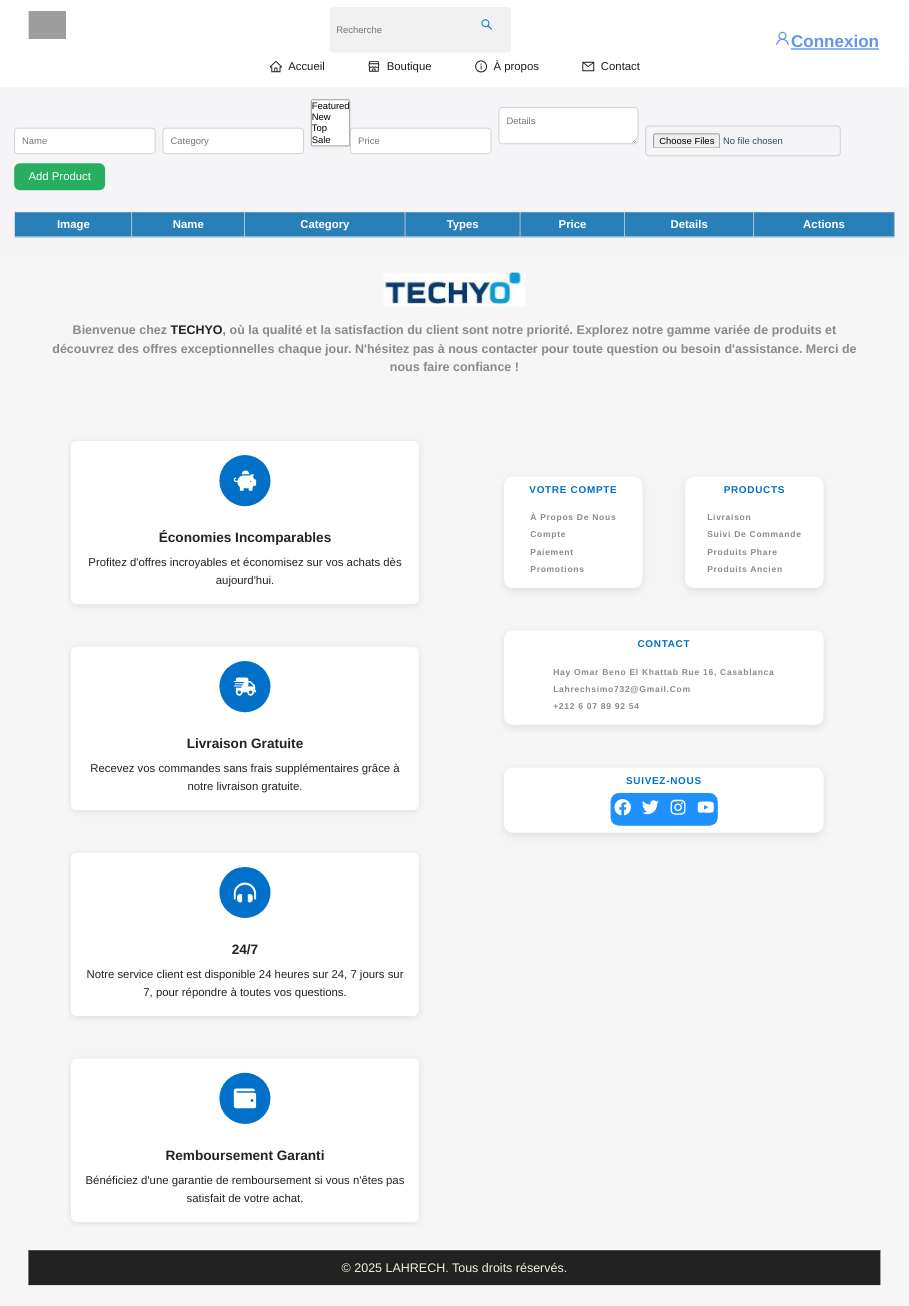
Repository: sebti-cloud/project-modern
Page: /products (app in ecommerce_website/)
These files come from the project's save history. The page is drawn as it stood at one moment and after the next save; the edit follows.
The browser window is 1280 px wide. The pictures show the whole page, at 71% of full size.
The page's requests for data from a server got no answer. The project was rebuilt for these pictures with package versions that can differ from the ones it lists, and the page was loaded fresh each time. No one was signed in, and anything a server would have sent is missing. Also part of the build but not shown: ecommerce_website/src/comp/home.js, ecommerce_website/src/comp/shop.js, ecommerce_website/src/comp/cart.js, ecommerce_website/src/comp/contact.js, ecommerce_website/src/comp/rout.js, ecommerce_website/src/comp/Orders.js, ecommerce_website/src/comp/LikedProducts.js, ecommerce_website/src/comp/Categories.js and 29 more.

Above is the page before, as saved 2025-01-25 16:16:13.

### ecommerce_website/src/comp/nav.css
/* Réinitialisation de base */
* {
  margin: 0;
  padding: 0;
  box-sizing: border-box;
  font-family: 'Helvetica Neue', Arial, sans-serif;
}

/* Barre de Navigation */
.navbar {
  background-color: #fff;
  border-bottom: 1px solid #e0e0e0;
  position: fixed;
  width: 100%;
  top: 0;
  left: 0;
  z-index: 1000;
  box-shadow: 0 2px 10px rgba(0, 0, 0, 0.1);
  margin-bottom: 30px;
}

.navbar-container {
  display: flex;
  justify-content: space-between;
  align-items: center;
  max-width: 1200px;
  margin: 0 auto;
  padding: px 20px;
}

.navbar-logo img {
  height: 40px;
  cursor: pointer;
}

.navbar-search {
  display: flex;
  align-items: center;
  background-color: #f1f1f1;
  padding: 5px;
  border-radius: 5px;
  margin-top: 10px;
}

.navbar-search input {
  border: none;
  background-color: transparent;
  padding: 5px;
  outline: none;
}

.navbar-search button {
  background-color: transparent;
  border: none;
  cursor: pointer;
  font-size: 1.2rem;
  color: #0070c9;
}

.navbar-icons {
  display: flex;
  align-items: center;
  margin-top: 40px;
}

.navbar-icon {
    position: relative;
    margin-right: 2px;
    cursor: pointer;
    font-weight: bold;
    font-size: x-large;
    color:cornflowerblue;
}

.navbar-icon img.profile-photo-nav {
  margin: -5px 10px;
  height: 40px;
  border-radius: 50%;
  object-fit: cover;
  border: 1px solid #ddd;
}

.cart-count {
  position: absolute;
  top: -5px;
  right: -5px;
  background-color: red;
  color: white;
  border-radius: 50%;
  padding: 2px 6px;
  font-size: 0.8rem;
}

.navbar-menu {
  display: flex;
  list-style: none;
  justify-content: center;
  margin-top: 0px;
  margin-bottom: 20px; /* Ajout du margin-bottom pour le menu de la barre de navigation */
}

.navbar-item {
  margin: 0 10px;
}

.navbar-link {
  text-decoration: none;
  color: #1d1d1f;
  font-size: 1rem;
  display: flex;
  align-items: center;
  transition: color 0.3s ease;
  margin-bottom: 10px; /* Ajout du margin-bottom pour les liens de navigation */
}

.navbar-link:hover {
  color: #0070c9;
}

.nav-icon {
  margin-right: 8px;
  font-size: 1.2rem;
}

### ecommerce_website/src/comp/about.css
* {
    margin: 0;
    padding: 0;
    box-sizing: border-box;
    font-family: 'Helvetica Neue', Arial, sans-serif;
}

body {
    background-color: #f5f5f7;
    color: #1d1d1f;
    margin: 0;
    padding: 0;
}

.about-container {
    max-width: 1200px;
    margin: 0 auto;
    padding: 20px;
    background: white;
    border-radius: 12px;
    box-shadow: 0 4px 12px rgba(0, 0, 0, 0.1);
}

h1 {
    font-size: 2.5rem;
    margin-bottom: 20px;
    text-align: center;
    position: relative;
}

h1::after {
    content: '';
    display: block;
    width: 50px;
    height: 4px;
    background-color: #000;
    margin: 20px auto;
}

h2 {
    font-size: 2rem;
    margin-bottom: 15px;
    position: relative;
}

h2::after {
    content: '';
    display: block;
    width: 50px;
    height: 4px;
    background-color: #0070c9;
    margin: 10px 0;
}

p {
    font-size: 1.1rem;
    line-height: 1.6;
    margin-bottom: 0px;
    color: #232323;
    font-weight: 200;
}
.footer .footer-copyright p
{
color: beige;
}

ul {
    list-style: none;
    margin: 0;
    padding: 0;
}

ul li {
    margin-bottom: 10px;
    font-size: 1.1rem;
}

ul li strong {
    color: #0070c9;
}

.about-section {
    margin-bottom: 40px;
}

.cart-icon {
    position: fixed;
    top: 20px;
    right: 20px;
    background-color: white;
    border-radius: 50%;
    padding: 10px;
    box-shadow: 0 2px 10px rgba(0, 0, 0, 0.1);
    display: flex;
    align-items: center;
}

.cart-icon span {
    position: absolute;
    top: -10px;
    right: -10px;
    background-color: red;
    color: white;
    border-radius: 50%;
    padding: 5px;
    font-size: 0.8rem;
}

### ecommerce_website/src/comp/TrackOrder.css
* {
    margin: 0;
    padding: 0;
    box-sizing: border-box;
}

.main {
    width: 100%;
    height: 100vh;
    display: flex;
    justify-content: center;
    align-items: center;
    font-family: 'Poppins', sans-serif;
    flex-direction: column;
}

.main .head {
    text-align: center;
}

.main .head .head_1 {
    font-size: 30px;
    font-weight: 600;
    color: #333;
}

.main .head .head_1 span {
    color: #ff4732;
}

.main .head .head_2 {
    font-size: 16px;
    font-weight: 600;
    color: #333;
    margin-top: 3px;
}

.main ul {
    display: flex;
    margin-top: 80px;
}

.main ul li {
    list-style: none;
    display: flex;
    flex-direction: column;
    align-items: center;
}

.main ul li .icon {
    font-size: 35px;
    color: #ff4732;
    margin: 0 60px;
}

.main ul li .text {
    font-size: 14px;
    font-weight: 600;
    color: #ff4732;
}

/* Progress Div Css */
.main ul li .progress {
    width: 30px;
    height: 30px;
    border-radius: 50%;
    background-color: rgba(68, 68, 68, 0.781);
    margin: 14px 0;
    display: grid;
    place-items: center;
    color: #fff;
    position: relative;
    cursor: pointer;
}

.progress::after {
    content: " ";
    position: absolute;
    width: 125px;
    height: 5px;
    background-color: rgba(68, 68, 68, 0.781);
    right: 30px;
}

.one::after {
    width: 0;
    height: 0;
}

.main ul li .progress .uil {
    display: none;
}

.main ul li .progress p {
    font-size: 13px;
}

/* Active Css */
.main ul li .active {
    background-color: #ff4732;
    display: grid;
    place-items: center;
}

li .active::after {
    background-color: #ff4732;
}

.main ul li .active p {
    display: none;
}

.main ul li .active .uil {
    font-size: 20px;
    display: flex;
}

.tracking-info {
    background-color: #f39c12; /* Couleur de fond warning */
    padding: 20px;
    border-radius: 5px;
    color: rgb(0, 0, 0);
  }

  .tracking-info h4 {
    text-decoration: underline;
    margin-bottom: 10px;
  }

  .tracking-info p {
    font-weight: 500;
    margin-bottom: 5px;
  }

/* Responsive Css */
@media (max-width: 980px) {
    .main ul {
        flex-direction: column;
    }

    .main ul li {
        flex-direction: row;
    }

    .main ul li .progress {
        margin: 0 30px;
    }

    .progress::after {
        width: 5px;
        height: 55px;
        bottom: 30px;
        left: 50%;
        transform: translateX(-50%);
        z-index: -1;
    }

    .one::after {
        height: 0;
    }

    .main ul li .icon {
        margin: 15px 0;
    }
}

@media (max-width: 600px) {
    .head .head_1 {
        font-size: 24px;
    }

    .head .head_2 {
        font-size: 16px;
    }
}

### ecommerce_website/src/comp/cart.css
/* Réinitialisation de base */
* {
    margin: 0;
    padding: 0;
    box-sizing: border-box;
    font-family: 'Helvetica Neue', Arial, sans-serif;
}

body {
    background-color: #f5f5f7;
    color: #1d1d1f;
}

.cart {
    max-width: 1200px;
    margin: 0 auto;
    padding: 20px;
    margin-top: 80px; /* Ajout du margin-top pour créer de l'espacement */
}

.cart h3 {
    font-size: 2rem;
    margin-bottom: 20px;
}

.empty_cart {
    text-align: center;
    padding: 50px 20px;
}

.empty_cart h2 {
    font-size: 1.5rem;
    margin-bottom: 20px;
}

.btn-primary {
    background-color: #0070c9;
    color: white;
    padding: 10px 20px;
    border: none;
    border-radius: 5px;
    cursor: pointer;
    transition: background-color 0.3s ease;
    margin: 3% 30%;
}

.btn-primary:hover {
    background-color: #0056a3;
}

.container {
    display: flex;
    flex-wrap: wrap;
    gap: 20px;
}

.box {
    background: white;
    padding: 20px;
    border-radius: 12px;
    box-shadow: 0 4px 12px rgba(0, 0, 0, 0.1);
    flex: 1 1 300px;
    position: relative;
    transition: transform 0.3s ease, box-shadow 0.3s ease;
}

.box:hover {
    transform: translateY(-5px);
    box-shadow: 0 8px 24px rgba(0, 0, 0, 0.2);
}

.image img {
    width: 100%;
    border-radius: 12px;
    margin-bottom: 20px;
}

.detail .info h4 {
    font-size: 1rem;
    color: #777;
    margin-bottom: 10px;
}

.detail .info h3 {
    font-size: 1.2rem;
    margin-bottom: 10px;
}

.quantity {
    display: flex;
    align-items: center;
    gap: 10px;
    margin-top: 10px;
}

.quantity button {
    background-color: #0070c9;
    color: white;
    border: none;
    padding: 10px;
    border-radius: 5px;
    cursor: pointer;
    transition: background-color 0.3s ease;
}

.quantity button:hover {
    background-color: #0056a3;
}

.quantity input {
    width: 50px;
    text-align: center;
    padding: 5px;
    border: 1px solid #ccc;
    border-radius: 5px;
}

.icon li {
    list-style: none;
    cursor: pointer;
    color: red;
    font-size: 1.5rem;
}

.bottom {
    display: contents;
    justify-content: space-between;
    align-items: center;
    margin-top: 20px;
}

.Total h4 {
    font-size: 1.2rem;
    margin: 0% 22%;
}

.checkout {
    max-width: 600px;
    margin: 40px auto;
    padding: 20px;
    background: white;
    border-radius: 12px;
    box-shadow: 0 4px 12px rgba(0, 0, 0, 0.1);
}

.checkout h3 {
    font-size: 2rem;
    margin-bottom: 20px;
}

.checkout .container {
    display: flex;
    flex-direction: column;
    gap: 10px;
}

.checkout input, .checkout select, .checkout button {
    padding: 10px;
    border: 1px solid #ccc;
    border-radius: 5px;
    margin-top: 10px;
}

.modal {
    position: absolute;
    top: 50%;
    left: 50%;
    transform: translate(-50%, -50%);
    background: white;
    padding: 20px;
    border-radius: 12px;
    box-shadow: 0 4px 12px rgba(0, 0, 0, 0.1);
    text-align: center;
}

.overlay {
    position: fixed;
    top: 0;
    left: 0;
    right: 0;
    bottom: 0;
    background: rgba(0, 0, 0, 0.5);
}

.tracking-number-container {
    display: flex;
    justify-content: center;
    align-items: center;
    gap: 10px;
    margin-top: 10px;
}

.copy-button {
    background-color: #0070c9;
    color: white;
    padding: 10px;
    border: none;
    border-radius: 5px;
    cursor: pointer;
    transition: background-color 0.3s ease;
}

.copy-button:hover {
    background-color: #0056a3;
}

### ecommerce_website/src/comp/UserProfile.css
/* Réinitialisation de base */
* {
  margin: 0;

  padding: 0;
  box-sizing: border-box;
  font-family: 'Helvetica Neue', Arial, sans-serif;
}

body {
  background-color: #f5f5f7;
  color: #1d1d1f;
  margin: 0;
  padding: 0;
}

.profile-container {
  max-width: 800px;
  margin: 0 auto;
  padding: 20px;
  background: white;
  border-radius: 12px;
  box-shadow: 0 4px 12px rgba(0, 0, 0, 0.1);
  text-align: center;
}

.profile-title {
  font-size: 2.5rem;
  margin-bottom: 20px;
  position: relative;
  color: #333;
}

.profile-title::after {
  content: '';
  display: block;
  width: 50px;
  height: 4px;
  background-color: #0070c9;
  margin: 20px auto;
}

.profile-photo {
  width: 150px;
  height: 150px;
  border-radius: 50%;
  object-fit: cover;
  margin-bottom: 20px;
  transition: transform 0.3s ease;
  cursor: pointer;
}

.profile-photo:hover {
  transform: scale(1.1);
}

.profile-placeholder {
  font-size: 1.2rem;
  color: #666;
  margin-bottom: 20px;
}

.modal {
  position: absolute;
  top: 50%;
  left: 50%;
  right: auto;
  bottom: auto;
  transform: translate(-50%, -50%);
  background: white;
  padding: 20px;
  border: 1px solid #ccc;
  box-shadow: 0 4px 8px rgba(0, 0, 0, 0.2);
  border-radius: 8px;
  outline: none;
  z-index: 1050;
}

.overlay {
  position: fixed;
  top: 0;
  left: 0;
  right: 0;
  bottom: 0;
  background-color: rgba(0, 0, 0, 0.75);
  z-index: 1050;
}


.close-button {
  position: absolute;
  top: 10px;
  right: 10px;
  background: transparent;
  color: #f44336;
  border: none;
  font-size: 24px;
  cursor: pointer;
}


.modal-content {
  background-color: #fff;
  padding: 20px;
  border-radius: 12px;
  max-width: 90%;
  width: auto;
  box-shadow: 0 2px 10px rgba(0, 0, 0, 0.2);
  display: flex;
  justify-content: center;
  align-items: center;
  z-index: 1050;
}

.profile-photo-modal {
    width: 100%;
    height: auto;
    display: block;
    margin: 0 auto;
}

button {
  background-color: #0070c9;
  color: white;
  padding: 10px 20px;
  border: none;
  border-radius: 8px;
  cursor: pointer;
  font-size: 1rem;
  transition: background-color 0.3s ease;
  margin-bottom: 10px;
}

button:hover {
  background-color: #0056a3;
}

.cart-icon {
  position: fixed;
  top: 30px;
  right: 20px;
  background-color: #232323;
  border-radius: 50%;
  padding: 10px;
  box-shadow: 0 2px 10px rgba(0, 0, 0, 0.1);
  display: flex;
  align-items: center;
}

.cart-icon span {
  position: absolute;
  top: -10px;
  right: -10px;
  background-color: red;
  color: white;
  border-radius: 50%;
  padding: 5px;
  font-size: 0.8rem;
}

### ecommerce_website/src/comp/home.css
/* Réinitialisation de base */
* {
    margin: 0;
    padding: 0;
    box-sizing: border-box;
    font-family: 'Helvetica Neue', Arial, sans-serif;
}

body {
    background-color: #f5f5f7;
    color: #1d1d1f;
    margin: 0;
    padding: 0;
}

.container {
    max-width: 1200px;
    margin: 0 auto;
    padding: 20px;
}

.header {
    text-align: center;
    margin-bottom: 40px;
}

.header h2 {
    font-size: 2rem;
    position: relative;
    margin-bottom: 10px;
}

.header h2::after {
    content: '';
    display: block;
    width: 50px;
    height: 4px;
    background-color: #000;
    margin: 20px auto;
}

.header .cate {
    display: flex;
    justify-content: center;
    gap: 20px;
}

.header .cate h3 {
    font-size: 1.2rem;
    color: #0070c9;
    cursor: pointer;
    transition: color 0.3s ease;
}

.header .cate h3:hover {
    color: #0056a3;
}

.top_banner {
    background: url('http://localhost:3001/uploads/slide-1.jpg') no-repeat center center;
    background-size: cover;
    height: 400px;
    position: relative;
    display: flex;
    justify-content: center;
    align-items: center;
    color: white;
    text-align: center;
    margin-bottom: 40px;
    margin-top: 0px;
}

.top_banner h2 {
    font-size: 4rem;
    margin-bottom: 20px;
    color: beige;
}

.top_banner p {
    font-size: 1.2rem;
    margin-bottom: 30px;
    color: burlywood;
}

.top_banner .link {
    background-color: #0070c9;
    color: white;
    padding: 10px 20px;
    border-radius: 8px;
    text-decoration: none;
    transition: background-color 0.3s ease;
}

.top_banner .link:hover {
    background-color: #0056a3;
}

.cart-icon {
    position: fixed;
    top: 20px;
    right: 20px;
    background-color: white;
    color: #cd1e70;
    border-radius: 50%;
    padding: 10px;
    box-shadow: 0 2px 10px rgba(0, 0, 0, 0.1);
    display: flex;
    align-items: center;
}

.cart-icon span {
    position: absolute;
    top: -10px;
    right: -10px;
    background-color: red;
    color: white;
    border-radius: 50%;
    padding: 5px;
    font-size: 0.8rem;
}

.products,
.productbox,
.left_box .box {
    display: flex;
    flex-wrap: wrap;
    gap: 40px;
    justify-content: center;
}

.box,
.productbox,
.left_box .box {
    background: white;
    padding: 20px;
    border-radius: 12px;
    box-shadow: 0 4px 12px rgba(0, 0, 0, 0.1);
    transition: transform 0.3s ease, box-shadow 0.3s ease;
    margin: 20px;
    position: relative;
}

.box:hover,
.productbox:hover,
.left_box .box:hover {
    transform: translateY(-5px);
    box-shadow: 0 8px 24px rgba(0, 0, 0, 0.2);
}

.img_box,
.img-box,
.left_box .img_box {
    width: 100%;
    padding-top: 75%;
    position: relative;
    overflow: hidden;
    border-radius: 12px;
}

.img_box img,
.img-box img,
.left_box .img_box img {
    position: absolute;
    top: 0;
    left: 0;
    width: 100%;
    height: 100%;
    object-fit: cover;
    transition: transform 0.3s ease;
}

.img_box:hover img,
.img-box:hover img,
.left_box .img_box:hover img {
    transform: scale(1.1);
}

.icon {
    display: flex;
    justify-content: center;
    gap: 10px;
    margin-top: 10px;
    margin-right: 10px;
}

.icon_box {
    background: rgba(255, 255, 255, 0.8);
    border-radius: 50%;
    padding: 10px;
    cursor: pointer;
    font-size: 1.5rem;
    color: #1d1d1f;
    transition: background-color 0.3s ease, color 0.3s ease;
    display: flex;
    /* Ajout pour aligner horizontalement */
    flex-direction: row;
    /* Alignement horizontal */
    align-items: center;
    /* Centrer verticalement */
}

.icon_box:hover {
    background-color: #0070c9;
    color: white;
}

.newsletter {
    background-color: #fff;
    padding: 20px;
    border-radius: 12px;
    box-shadow: 0 2px 10px rgba(0, 0, 0, 0.1);
    text-align: center;
    margin-top: 40px;
}

.newsletter input[type="email"] {
    width: 100%;
    padding: 10px;
    margin: 10px 0;
    border: 1px solid #ccc;
    border-radius: 8px;
}

.newsletter button {
    background-color: #0070c9;
    color: white;
    padding: 10px 20px;
    border: none;
    border-radius: 8px;
    cursor: pointer;
    transition: background-color 0.3s ease;
}

.newsletter button:hover {
    background-color: #0056a3;
}

.product_detail {
    display: flex;
    flex-direction: column;
    align-items: center;
    justify-content: center;
    position: fixed;
    top: 50%;
    left: 50%;
    transform: translate(-50%, -50%);
    background: #fff;
    padding: 20px;
    border-radius: 10px;
    box-shadow: 0 4px 10px rgba(0, 0, 0, 0.1);
    max-width: 70%;
    max-height: 70%;
    overflow-y: auto;
    z-index: 1000;
}



.detail_container .img_box {
    width: 100%;
    padding-top: 56.25%; /* Ratio 16:9 */
    position: relative;
    border-radius: 12px;
    overflow: hidden;
    margin-bottom: 20px;
}

.detail_container .img_box img {
    position: absolute;
    top: 0;
    left: 0;
    width: 100%;
    height: 100%;
    object-fit: cover;
}

.detail_container .info {
    width: 100%;
}

.close_btn {
    background: none;
    border: none;
    font-size: 2rem;
    color: #000;
    position: absolute;
    top: 20px;
    right: 20px;
    cursor: pointer;
}

.close_btn:hover {
    color: #ff0000;
}


.liked-message {
    background-color: #ffeb3b;
    color: #000;
    padding: 10px 20px;
    position: fixed;
    top: 10px;
    right: 10px;
    border-radius: 5px;
    box-shadow: 0 2px 10px rgba(0, 0, 0, 0.1);
    z-index: 1000;
}

### ecommerce_website/src/comp/contact.css
* {
    margin: 0;
    padding: 0;
    box-sizing: border-box;
    font-family: 'Helvetica Neue', Arial, sans-serif;
}

body {
    background-color: #f5f5f7;
    color: #1d1d1f;
    padding: 0;
}



.contact {
    max-width: 800px;
    margin: 0 auto;
    padding: 20px;
    background: white;
    border-radius: 12px;
    box-shadow: 0 4px 12px rgba(0, 0, 0, 0.1);
}

h2 {
    font-size: 2.5rem;
    margin-bottom: 20px;
    text-align: center;
    position: relative;
}

h2::after {
    content: '';
    display: block;
    width: 50px;
    height: 4px;
    background-color: #000;
    margin: 20px auto;
}

.box {
    display: flex;
    flex-direction: column;
    margin-bottom: 20px;
}

.box .lable h4 {
    font-size: 1.2rem;
    margin-bottom: 10px;
}

.box .input input,
.box .input textarea {
    width: 100%;
    padding: 10px;
    border: 1px solid #ddd;
    border-radius: 8px;
    font-size: 1rem;
}

.box .input textarea {
    resize: vertical;
    height: 150px;
}

button {
    background-color: #0070c9;
    color: white;
    padding: 10px 20px;
    border: none;
    border-radius: 8px;
    cursor: pointer;
    transition: background-color 0.3s ease;
}

button:hover {
    background-color: #0056a3;
}

.cart-icon {
    position: fixed;
    top: 20px;
    right: 20px;
    background-color: white;
    border-radius: 50%;
    padding: 10px;
    box-shadow: 0 2px 10px rgba(0, 0, 0, 0.1);
    display: flex;
    align-items: center;
}

.cart-icon span {
    position: absolute;
    top: -10px;
    right: -10px;
    background-color: red;
    color: white;
    border-radius: 50%;
    padding: 5px;
    font-size: 0.8rem;
}

Loaded but not shown: ecommerce_website/public/index.html (common file); ecommerce_website/src/comp/Products.js (408 lines, source omitted); ecommerce_website/src/App.js (199 lines, source omitted); ecommerce_website/src/comp/footer.js (128 lines, source omitted); ecommerce_website/src/comp/nav.js (108 lines, source omitted); ecommerce_website/src/comp/home_product.js (112 lines, source omitted); ecommerce_website/src/index.js (24 lines, source omitted); ecommerce_website/src/comp/admin.css (582 lines, source omitted); ecommerce_website/src/styles/app.css (421 lines, source omitted); ecommerce_website/src/comp/shop.css (331 lines, source omitted); ecommerce_website/src/comp/footer.css (216 lines, source omitted)

After the next save:
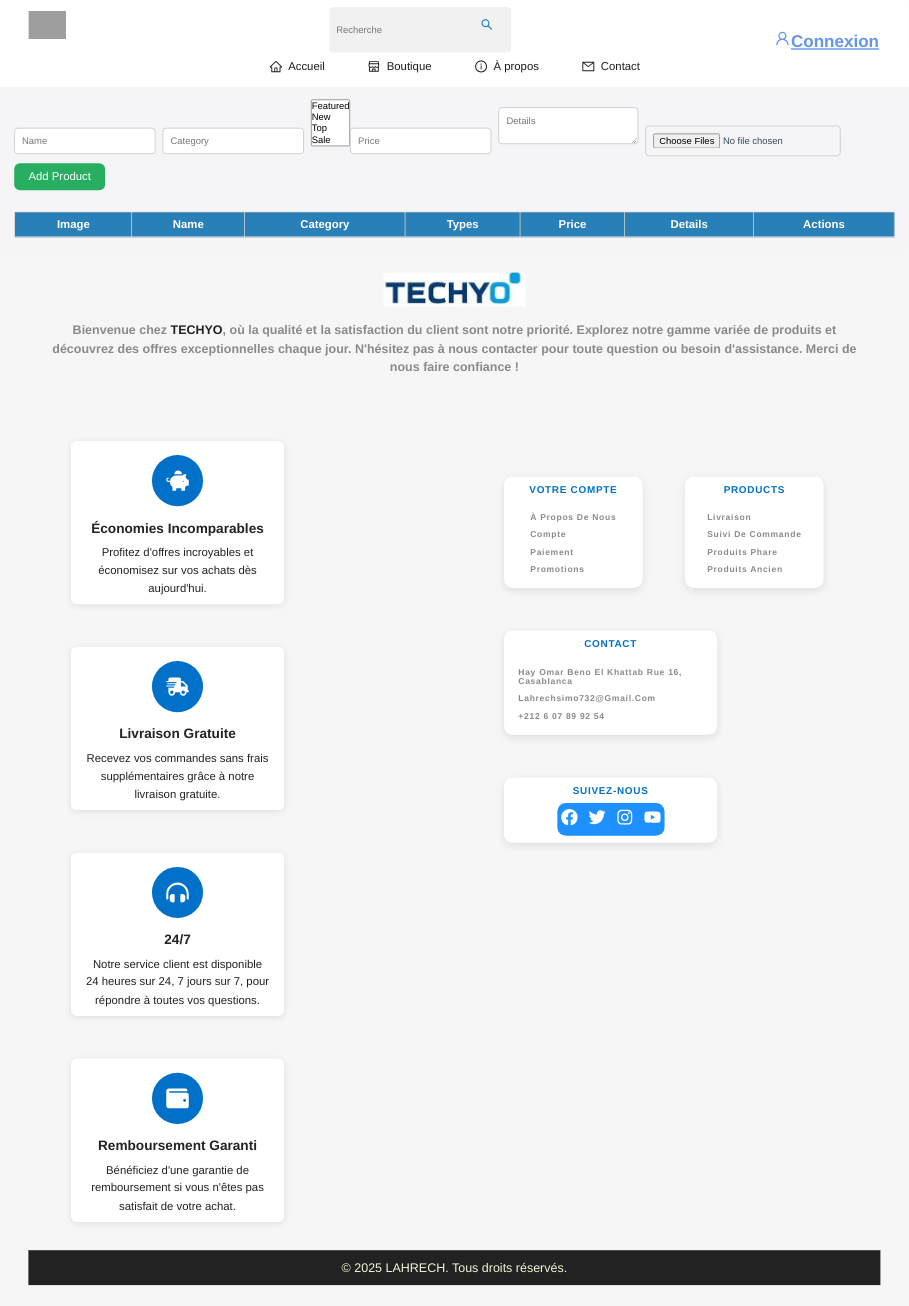
Saved 8 min 53 s later.
--- a/ecommerce_website/src/comp/home.css
+++ b/ecommerce_website/src/comp/home.css
@@ -1,3 +1,5 @@
+/* home.css */
+
 /* Réinitialisation de base */
 * {
     margin: 0;
@@ -138,6 +140,7 @@
     transition: transform 0.3s ease, box-shadow 0.3s ease;
     margin: 20px;
     position: relative;
+    max-width: 300px; /* Fixe la largeur maximale pour empêcher les boîtes d'être trop grandes */
 }
 
 .box:hover,
@@ -151,7 +154,7 @@
 .img-box,
 .left_box .img_box {
     width: 100%;
-    padding-top: 75%;
+    padding-top: 56.25%; /* Ajusté pour le ratio 16:9 */
     position: relative;
     overflow: hidden;
     border-radius: 12px;
@@ -254,8 +257,6 @@
     z-index: 1000;
 }
 
-
-
 .detail_container .img_box {
     width: 100%;
     padding-top: 56.25%; /* Ratio 16:9 */
@@ -292,7 +293,6 @@
 .close_btn:hover {
     color: #ff0000;
 }
-
 
 .liked-message {
     background-color: #ffeb3b;
